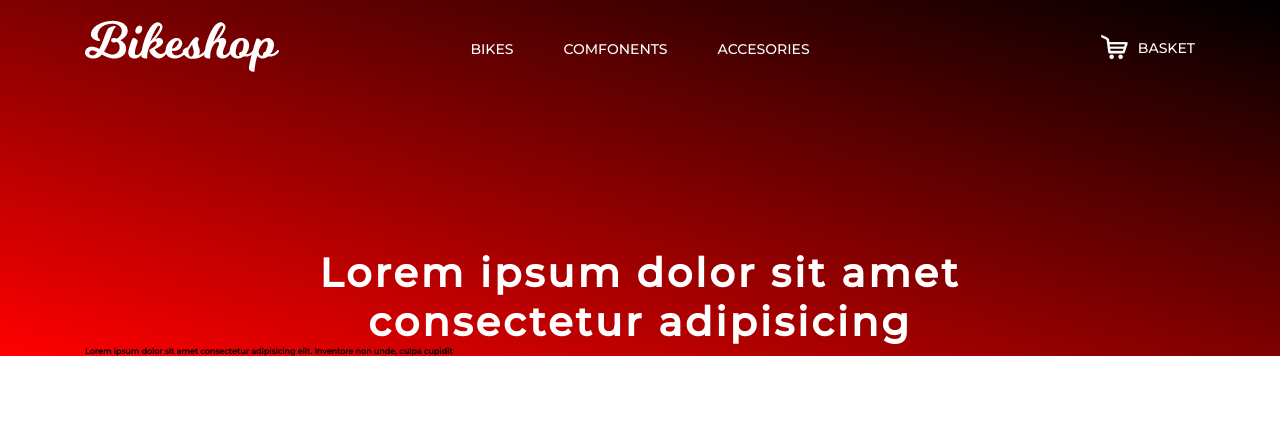
Repository: vanphongnguyen1/webDemo
Page: Bikeshop/index.html
These files come from the project's save history. The page is drawn as it stood at one moment and after the next save; the edit follows.
The browser window is 1280 px wide. The pictures show the whole page.
The style sheet was rebuilt from its Sass, Less or Tailwind sources for each picture, by a compiler version that may differ from the author's.

Above is the page before, as saved 2020-09-04 14:16:13.

After the next save:
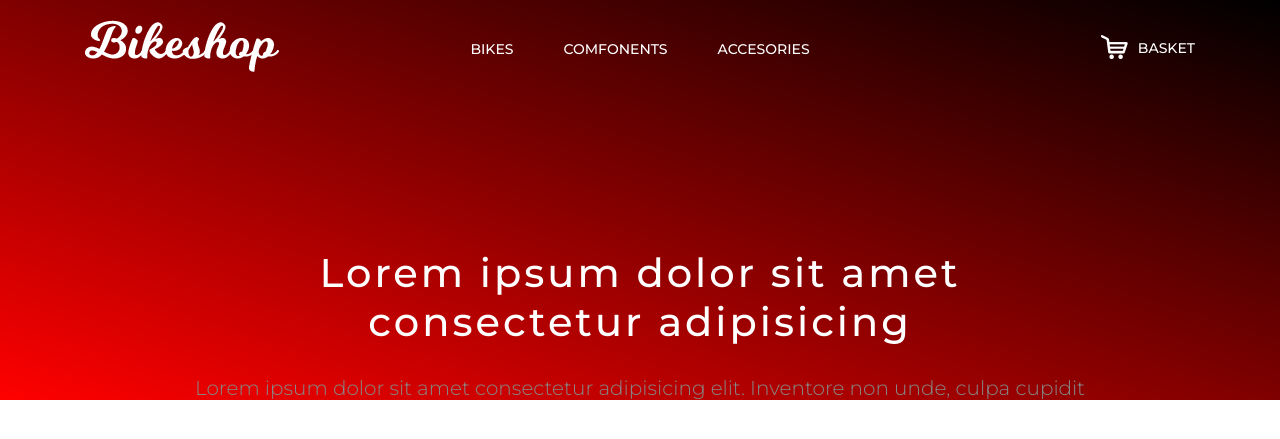
Saved 2 min 57 s later.
--- a/Bikeshop/sass/components/_header.scss
+++ b/Bikeshop/sass/components/_header.scss
@@ -51,6 +51,14 @@ header {
             margin: 0 auto;
             letter-spacing: 3px;
             color: $color-with;
+            font-weight: 500;
+        }
+        h6 {
+            font-size: 2rem;
+            text-align: center;
+            margin-top: 3rem;
+            font-weight: 200;
+            color: $color-grey;
         }
     }
 }
